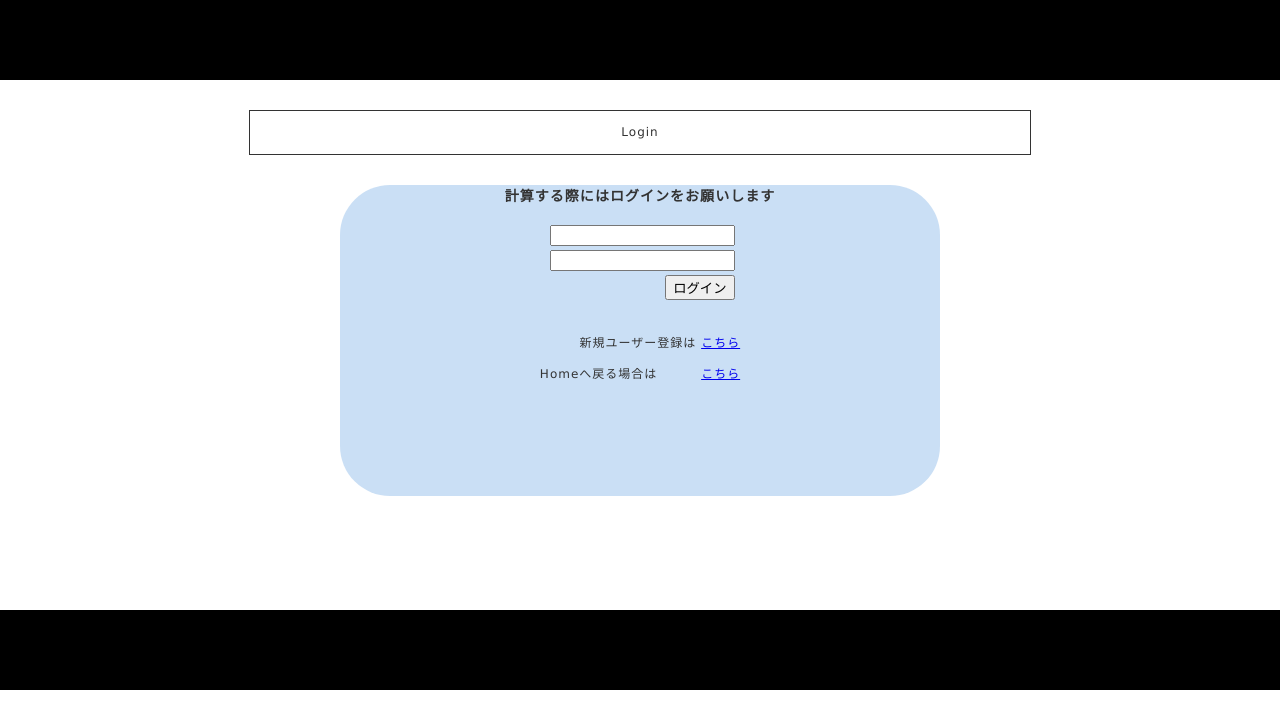
Repository: HattoriKotaro19920408/Keisanchan
Page: http://localhost/Keisanchan/HomeAction.action
These files come from the project's save history. The page is drawn as it stood at one moment and after the next save; the edit follows.
The browser window is 1280 px wide. The pictures show the whole page.
The page is served by Tomcat 9. Other server files are loaded and not shown.

Above is the page before, as saved 2018-08-29 04:08:18.

### Keisanchan/WebContent/login.jsp
<%@ page language="java" contentType="text/html; charset=UTF-8"
    pageEncoding="UTF-8"%>
<%@ taglib prefix="s" uri="/struts-tags" %>
<!DOCTYPE html PUBLIC "-//W3C//DTD HTML 4.01 Transitional//EN" "http://www.w3.org/TR/html4/loose.dtd">
<html>
<head>
<meta http-equiv="Content-Type" content="text/html; charset=utf-8" />
<meta http-equiv="Content-Style-Type" content="text/css" />
<meta http-equiv="Content-Script-Type" content="text/javascript" />
<meta http-equiv="imagetoolbar" content="no" />
<meta name="description" content="" />
<meta name="keywords" content="" />
<title>Login画面</title>
<style type="text/css">
    body{
      margin:0;
      padding:0;
      line-height:1.6;
      letter-spacing:1px;
      font-family:Verdana, Helvetica, sans-serif;
      font-size:12px;
      color:#333;
      background:#fff;
    }
    table{
      text-align:center;
      margin:0 auto;
    }
    #top{
      width:780px;
      margin:30px auto;
      border:1px solid #333;
    }
    #header{
      width:100%;
      height:80px;
      background-color:black;
    }
    #main{
      width:100%;
      height:500px;
      text-align:center;

    }
    #footer{
      width:100%;
      height:80px;
      background-color:black;
      clear:both;
    }
    #text-link{
      display:inline-block;
      text-align:right;
    }
    img.pic{
    }
    .sub{
    font-family=たぬき油性マジック;
      width: 600px;
	height: auto;
	margin:0 auto;

	padding-bottom: 100px;
	background-color: skyblue;
	border-radius: 50px;
	background: rgba(149, 192, 236, 0.5);
	text-align:center;
    }
    h3{
     font-family:油性たぬきマジック;
    }
</style>
</head>
<body>

   <div id="header">
       <div id="pr">
       </div>
   </div>
   <div id = "main">
       <div id="top">
          <p>Login</p>
       </div>
       <div class="sub">
        <h3>計算する際にはログインをお願いします</h3>
          <s:form action="LoginAction">
              <s:textfield name="loginUserId"/>
              <s:password name="loginPassword"/>
              <s:submit value="ログイン"/>
       </s:form>
<!--          <div class="keisan"> -->
<!-- 		              <img src=img/keisan.PNG class="pic"> -->
<!-- 	     </div> -->
       <br/>
       <div id="text-link">
          <p>新規ユーザー登録は
              <a href='<s:url action="CreateUserAction"/>'>こちら</a></p>
          <p>Homeへ戻る場合は
        　　　<a href='<s:url action="GoHomeAction"/>'>こちら</a></p>
       </div>
       </div>
   </div>
   <div id="footer">
       <div id="pr">
       </div>
   </div>




</body>
</html>

After the next save:
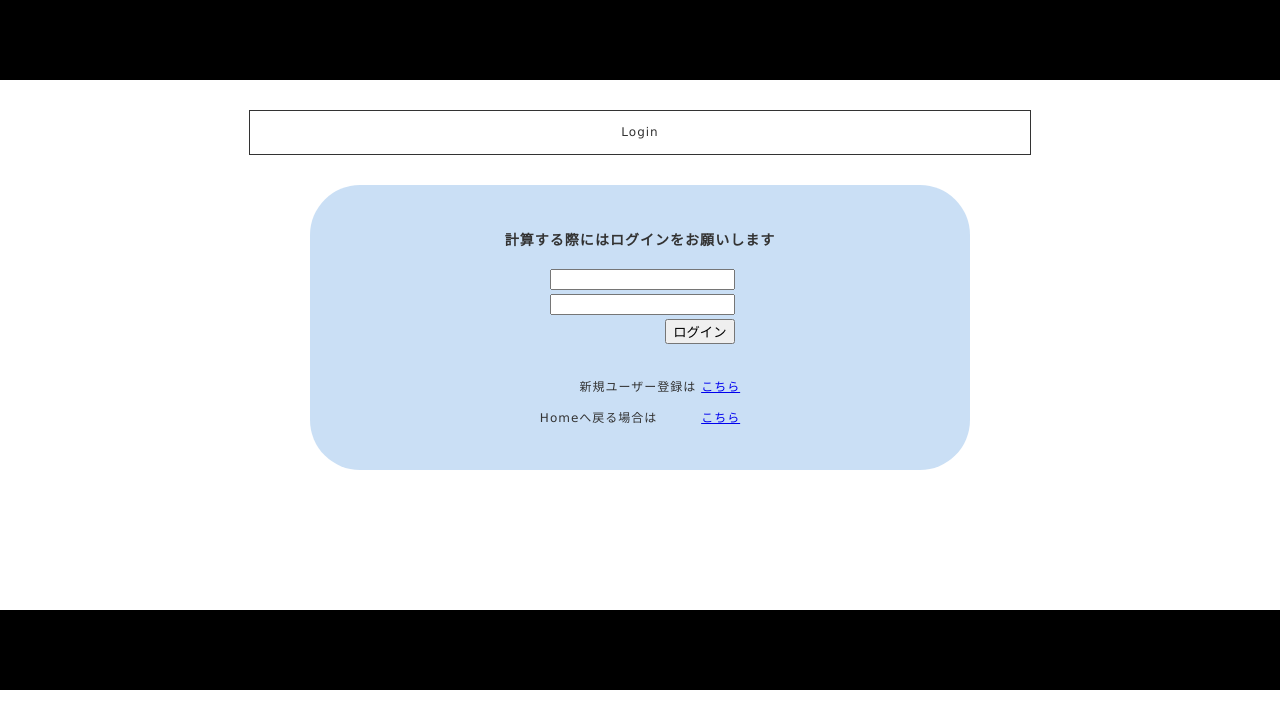
Saved 9 s later.
--- a/Keisanchan/WebContent/login.jsp
+++ b/Keisanchan/WebContent/login.jsp
@@ -59,8 +59,8 @@
       width: 600px;
 	height: auto;
 	margin:0 auto;
+	padding: 30px;
 
-	padding-bottom: 100px;
 	background-color: skyblue;
 	border-radius: 50px;
 	background: rgba(149, 192, 236, 0.5);
